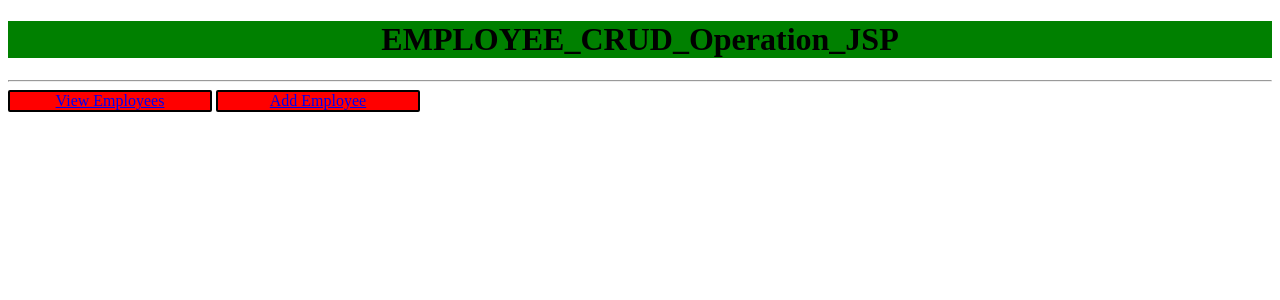
Repository: HarshZanwar2001/CRUD_Oprations_JAVA_JSP_MYSQL
Page: http://localhost/JSP_CRUD_Operation/
The author's editor kept a copy of each file at every save. The page is drawn from the files as they stood at one save, then again after the next save.
The browser window is 1280 px wide. The pictures show the whole page.
The page is served by Tomcat 9. Other server files are loaded and not shown.

Above is the page before, as saved 2024-12-01 05:33:28.

### JSP_CRUD_Operation/src/main/webapp/index.jsp
<%@ page language="java" contentType="text/html; charset=ISO-8859-1"
    pageEncoding="ISO-8859-1"%>
<!DOCTYPE html PUBLIC "-//W3C//DTD HTML 4.01 Transitional//EN" "http://www.w3.org/TR/html4/loose.dtd">
<html>
<head>
<meta http-equiv="Content-Type" content="text/html; charset=ISO-8859-1">
<title>CRUD</title>

<style type="text/css">
 #heading{
 background-color: green;
 text-align: center;



 }

 #btnhome{
 background-color: red;
 border: 2px solid black;
 border-radius: 2px;
 text-align: center;
 display: inline-block;
 align-content: center;
 width: 200px;


 }

</style>
</head>
<body>
<!-- CRUD(Create Read Update Delete) -->
<div id="heading">
<h1>EMPLOYEE_CRUD_Operation_JSP</h1>
</div>
<hr>
<div id="btnhome">
<a href="viewEmployees.jsp">View Employees</a>
</div>
<div id="btnhome">
<a href="addEmployee.jsp">Add Employee</a>
</div>

</body>
</html>

After the next save:
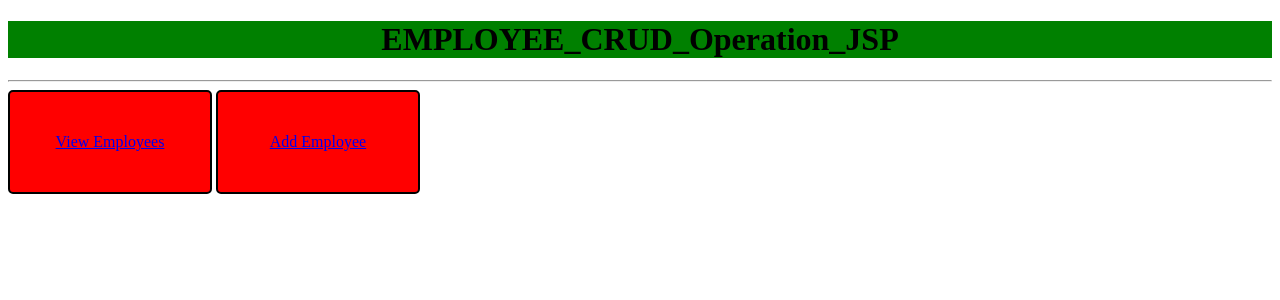
Saved 60 s later.
--- a/JSP_CRUD_Operation/src/main/webapp/index.jsp
+++ b/JSP_CRUD_Operation/src/main/webapp/index.jsp
@@ -18,11 +18,14 @@
  #btnhome{
  background-color: red;
  border: 2px solid black;
- border-radius: 2px;
+ border-radius: 5px;
  text-align: center;
  display: inline-block;
  align-content: center;
  width: 200px;
+ height: 100px;
+ text-align: center;
+
 
 
  }
